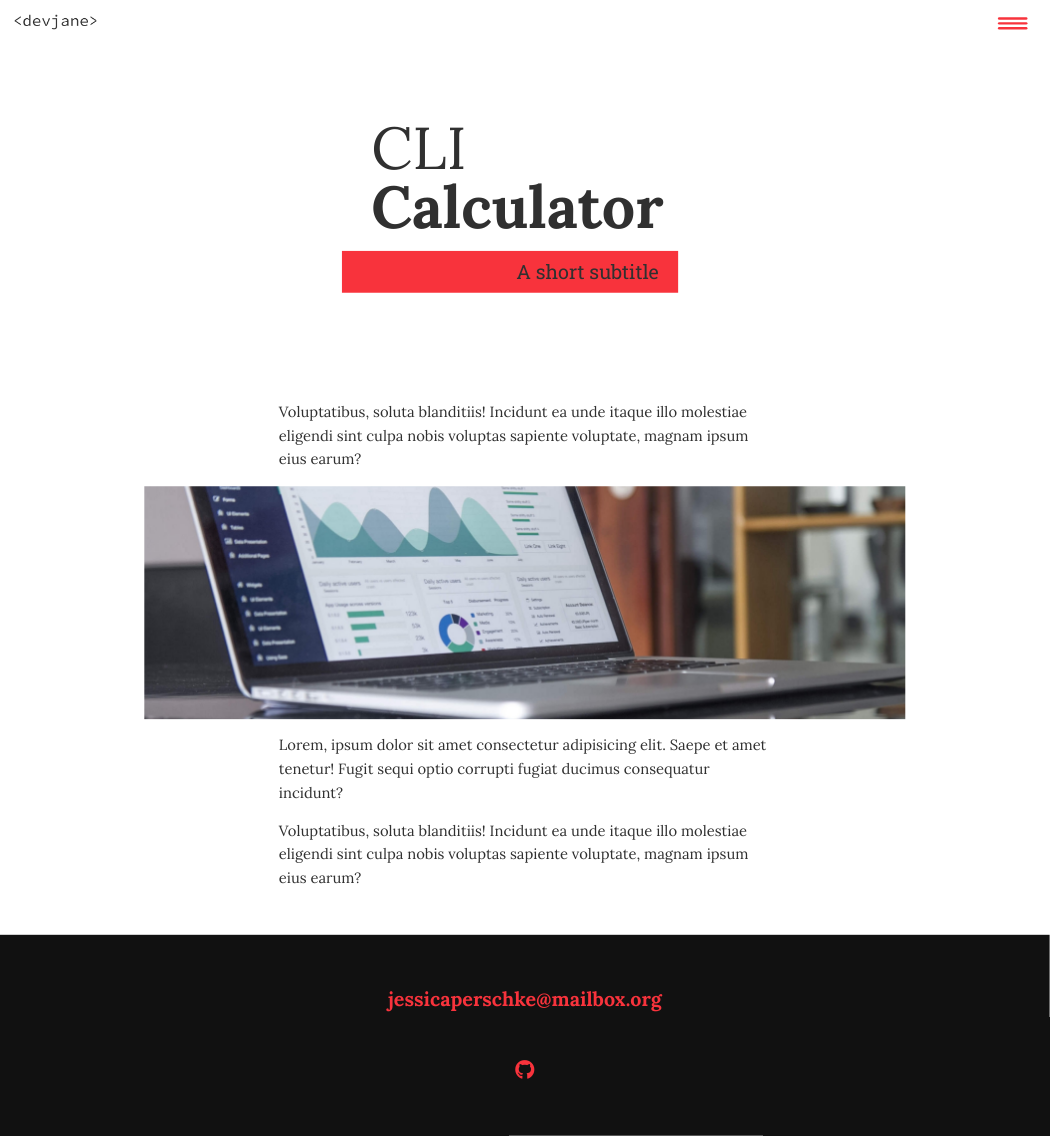
Repository: DinoDime/site
Page: portfolio-item3.html
The author's editor kept a copy of each file at every save. The page is drawn from the files as they stood at one save, then again after the next save.
The browser window is 1280 px wide. The pictures show the whole page, at 82% of full size.
Some web libraries are served in a nearby version.

Above is the page before, as saved 2021-05-03 09:48:08.

### portfolio-item3.html
<!DOCTYPE html>
<html lang="en">
  <head>
    <link
      rel="stylesheet"
      href="https://cdnjs.cloudflare.com/ajax/libs/normalize/8.0.1/normalize.css"
    />
    <meta charset="UTF-8" />
    <meta name="viewport" content="width=device-width, initial-scale=1.0" />
    <title>Jess' Portfolio</title>
    <link
      rel="stylesheet"
      href="https://cdnjs.cloudflare.com/ajax/libs/normalize/7.0.0/normalize.min.css"
    />
    <link
      rel="stylesheet"
      href="https://cdnjs.cloudflare.com/ajax/libs/font-awesome/5.11.2/css/all.css"
      integrity="sha256-46qynGAkLSFpVbEBog43gvNhfrOj+BmwXdxFgVK/Kvc="
      crossorigin="anonymous"
    />

    <!-- Update these with your own fonts -->
    <link
      href="https://fonts.googleapis.com/css?family=Lora:400,700|Roboto+Slab:400,700&display=swap"
      rel="stylesheet"
    />

    <link rel="stylesheet" href="css/style.css" />
  </head>
  <body>
    <header>
      <div class="logo">
        <img src="img/devjane.png" alt="" />
      </div>
      <!--Hamburger button-->
      <button class="nav-toggle" aria-label="toggle navigation">
        <span class="hamburger"></span>
      </button>
      <nav class="nav">
        <ul class="nav__list">
          <li class="nav__item">
            <a href="index.html" class="nav__link">Home</a>
          </li>
          <li class="nav__item">
            <a href="index.html#Skills" class="nav__link">Skills</a>
          </li>
          <li class="nav__item">
            <a href="index.html#about" class="nav__link">About me</a>
          </li>
          <li class="nav__item">
            <a href="index.html#work" class="nav__link">My Work</a>
          </li>
        </ul>
      </nav>
    </header>

    <section class="intro">
      <h1 class="section__title section__title--intro">
        CLI <strong>Calculator</strong>
      </h1>
      <p class="section__subtitle section__subtitle--intro">A short subtitle</p>
    </section>

    <div class="portfolio-item-individual">
      <p>
        Voluptatibus, soluta blanditiis! Incidunt ea unde itaque illo molestiae
        eligendi sint culpa nobis voluptas sapiente voluptate, magnam ipsum eius
        earum?
      </p>
      <img src="img/portfolio-details.jpg" alt="" />
      <p>
        Lorem, ipsum dolor sit amet consectetur adipisicing elit. Saepe et amet
        tenetur! Fugit sequi optio corrupti fugiat ducimus consequatur incidunt?
      </p>
      <p>
        Voluptatibus, soluta blanditiis! Incidunt ea unde itaque illo molestiae
        eligendi sint culpa nobis voluptas sapiente voluptate, magnam ipsum eius
        earum?
      </p>
    </div>

    <!-- Footer -->
    <footer class="footer">
      <!-- replace with your own email address -->
      <a href="mailto:jessicaperschke@mailbox.org" class="footer__link"
        >jessicaperschke@mailbox.org</a
      >
      <ul class="social-list">
        <li class="social-list__item">
          <a class="social-list__link" href="https://github.com/jl-perschke">
            <i class="fab fa-github"></i>
          </a>
        </li>
      </ul>
    </footer>

    <script src="js/index.js"></script>
  </body>
</html>

### css/style.css
*,
*::before,
*::after {
    box-sizing: border-box;
}

/* Custom Properties, update these for your own design */

:root {
    --ff-primary: 'Lora', serif;
    --ff-secondary: 'Roboto Slab', serif;

    --fw-reg: 400;
    --fw-bold: 700;

    --clr-light: #fff;
    --clr-dark: #303030;
    --clr-accent: #f8333c;

    --fs-h1: 3rem;
    --fs-h2: 2.25rem;
    --fs-h3: 1.25rem;
    --fs-body: 1rem;

    --bs: 0.25em 0.25em 0.75em rgba(0,0,0,.25),
          0.125em 0.125em 0.25em rgba(0,0,0,.15);
}

@media (min-width: 800px) {
    :root {
        --fs-h1: 4.5rem;
        --fs-h2: 3.75rem;
        --fs-h3: 1.5rem;
        --fs-body: 1.125rem;
    }
}

/* General styles */

/* endable this to add smooth scrolling */
/* html {
    scroll-behavior: smooth;
} */


body {
    background: var(--clr-light);
    color: var(--clr-dark);
    margin: 0;
    font-family: var(--ff-primary);
    font-size: var(--fs-body);
    line-height: 1.6;
}

section {
    padding: 5em 2em;
}

img {
    display: block;
    max-width: 100%;
}

strong { font-weight: var(--fw-bold) }

:focus {
    outline: 3px solid var(--clr-accent);
    outline-offset: 3px;
}

/* Buttons */

.btn {
    display: inline-block;
    padding: .5em 2.5em;
    background: var(--clr-accent);
    color: var(--clr-dark);
    text-decoration: none;
    cursor: pointer;
    font-size: .8rem;
    text-transform: uppercase;
    letter-spacing: 2px;
    font-weight: var(--fw-bold);
    transition: transform 200ms ease-in-out;
}

.btn:hover {
    transform: scale(1.1);
}

/* Typography */

h1,
h2,
h3 {
    line-height: 1;
    margin: 0;
}

h1 { font-size: var(--fs-h1) }
h2 { font-size: var(--fs-h2) }
h3 { font-size: var(--fs-h3) }


.section__title {
    margin-bottom: .25em;
}

.section__title--intro {
    font-weight: var(--fw-reg);
}

.section__title--intro strong {
    display: block;
}

.section__subtitle {
    margin: 0;
    font-size: var(--fs-h3);
}

.section__subtitle--intro,
.section__subtitle--about {
    background: var(--clr-accent);
    padding: .25em 1em;
    font-family: var(--ff-secondary);
    margin-bottom: 1em;
}

.section__subtitle--work {
    color: var(--clr-accent);
    font-weight: var(--fw-bold);
    margin-bottom: 2em;
}

/* header */

header {
    display: flex;
    justify-content: space-between;
    padding: 1em;
}

.logo {
    max-width: 100px;
}

.nav {
    position: fixed;
    background: var(--clr-dark);
    color: var(--clr-light);
    top: 0;
    bottom: 0;
    left: 0;
    right: 0;
    z-index: 100;

    transform: translateX(100%);
    transition: transform 250ms cubic-bezier(.5, 0, .5, 1);
}

.nav__list {
    list-style: none;
    display: flex;
    height: 100%;
    flex-direction: column;
    justify-content: space-evenly;
    align-items: center;
    margin: 0;
    padding: 0;
}

.nav__link {
    color: inherit;
    font-weight: var(--fw-bold);
    font-size: var(--fs-h2);
    text-decoration: none;
}

.nav__link:hover {
    color: var(--clr-accent);
}

.nav-toggle {
    padding: .5em;
    background: transparent;
    border: 0;
    cursor: pointer;
    position: absolute;
    right: 1em;
    top: 1em;
    z-index: 1000;
}

.nav-open .nav {
    transform: translateX(0);
}

.nav-open .nav-toggle {
    position: fixed;
}

.nav-open .hamburger {
    transform: rotate(.625turn);
}

.nav-open .hamburger::before {
    transform: rotate(90deg) translateX(-6px);
}

.nav-open .hamburger::after {
    opacity: 0;
}






.hamburger {
    display: block;
    position: relative;
}

.hamburger,
.hamburger::before,
.hamburger::after {
    background: var(--clr-accent);
    width: 2em;
    height: 3px;
    border-radius: 1em;
    transition: transform 250ms ease-in-out;
}


.hamburger::before,
.hamburger::after {
    content: '';
    position: absolute;
    left: 0;
    right: 0;
}

.hamburger::before { top: 6px; }
.hamburger::after { bottom: 6px; }


/*  Intro section  */

.intro {
    position: relative;
}

.intro__img {
    box-shadow: var(--bs);
}

.section__subtitle--intro {
    display: inline-block;
}

@media (min-width: 600px) {
    .intro {
        display: grid;
        width: min-content;
        margin: 0 auto;
        grid-column-gap: 1em;
        grid-template-areas:
            "img title"
            "img subtitle";
        grid-template-columns: min-content max-content;
    }

    .intro__img {
        grid-area: img;
        min-width: 250px;
        position: relative;
        z-index: 2;
    }

    .section__subtitle--intro {
        align-self: start;
        grid-column: -1 / 1;
        grid-row: 2;
        text-align: right;
        position: relative;
        left: -1.5em;
        width: calc(100% + 1.5em);
    }
}



/*  My services section  */

.my-services {
    background-color: var(--clr-dark);
    background-image: url(../img/services-bg.jpg);
    background-size: cover;
    /* background-blend-mode: multiply; */
    color: var(--clr-light);
    text-align: center;
}

.section__title--services {
    color: var(--clr-accent);
    position: relative;
}

.section__title--services::after {
    content: '';
    display: block;
    width: 2em;
    height: 1px;
    margin: 0.5em auto 1em;
    background: var(--clr-light);
    opacity: 0.25;
}

.services {
    margin-bottom: 4em;
}

.service {
    max-width: 500px;
    margin: 0 auto;
}

@media (min-width: 800px) {
    .services {
        display: flex;
        max-width: 1000px;
        margin-left: auto;
        margin-right: auto;
    }

    .service + .service {
        margin-left: 2em;
    }
}


.about-me {
    max-width: 1000px;
    margin: 0 auto;
}

.about-me__img {
    box-shadow: var(--bs);
}

@media (min-width: 600px) {
    .about-me {
        display: grid;
        grid-template-columns: 1fr 200px;
        grid-template-areas:
            "title img"
            "subtitle img"
            "text img";
        grid-column-gap: 2em;
    }

    .section__title--about {
        grid-area: title;
    }

    .section__subtitle--about {
        grid-column: 1 / -1;
        grid-row: 2;
        position: relative;
        left: -1em;
        width: calc(100% + 2em);
        padding-left: 1em;
        padding-right: calc(200px + 4em);
    }

    .about-me__img {
        grid-area: img;
        position: relative;
        z-index: 2;
    }
}

/* My Work */

.my-work {
    background-color: var(--clr-dark);
    color: var(--clr-light);
    text-align: center;
}

.portfolio {
    display: grid;
    grid-template-columns: repeat(auto-fit, minmax(300px, 1fr));
}

.portfolio__item {
    background: var(--clr-accent);
    overflow: hidden;
}

.portfolio__img {
    transition:
        transform 750ms cubic-bezier(.5, 0, .5, 1),
        opacity 250ms linear;
}

.portfolio__item:focus {
    position: relative;
    z-index: 2;
}

.portfolio__img:hover,
.portfolio__item:focus .portfolio__img {
    transform: scale(1.2);
    opacity: .5;
}


/* footer */

.footer {
    background: #111;
    color: var(--clr-accent);
    text-align: center;
    padding: 2.5em 0;
    font-size: var(--fs-h3);

}

.footer a {
    color: inherit;
    text-decoration: none;
}

.footer__link {
    font-weight: var(--fw-bold);
}

.footer__link:hover,
.social-list__link:hover {
    opacity: .7;
}

.footer__link:hover {
    text-decoration: underline;
}

.social-list {
    list-style: none;
    display: flex;
    justify-content: center;
    margin: 2em 0 0;
    padding: 0;
}

.social-list__item {
    margin: 0 .5em;
}

.social-list__link {
    padding: .5em;
}


/* Individual portfolio item styles */

.portfolio-item-individual {
    padding: 0 2em 2em;
    max-width: 1000px;
    margin: 0 auto;
}

.portfolio-item-individual p {
    max-width: 600px;
    margin-left: auto;
    margin-right: auto;
}

Loaded but not shown: js/index.js (common file)

After the next save:
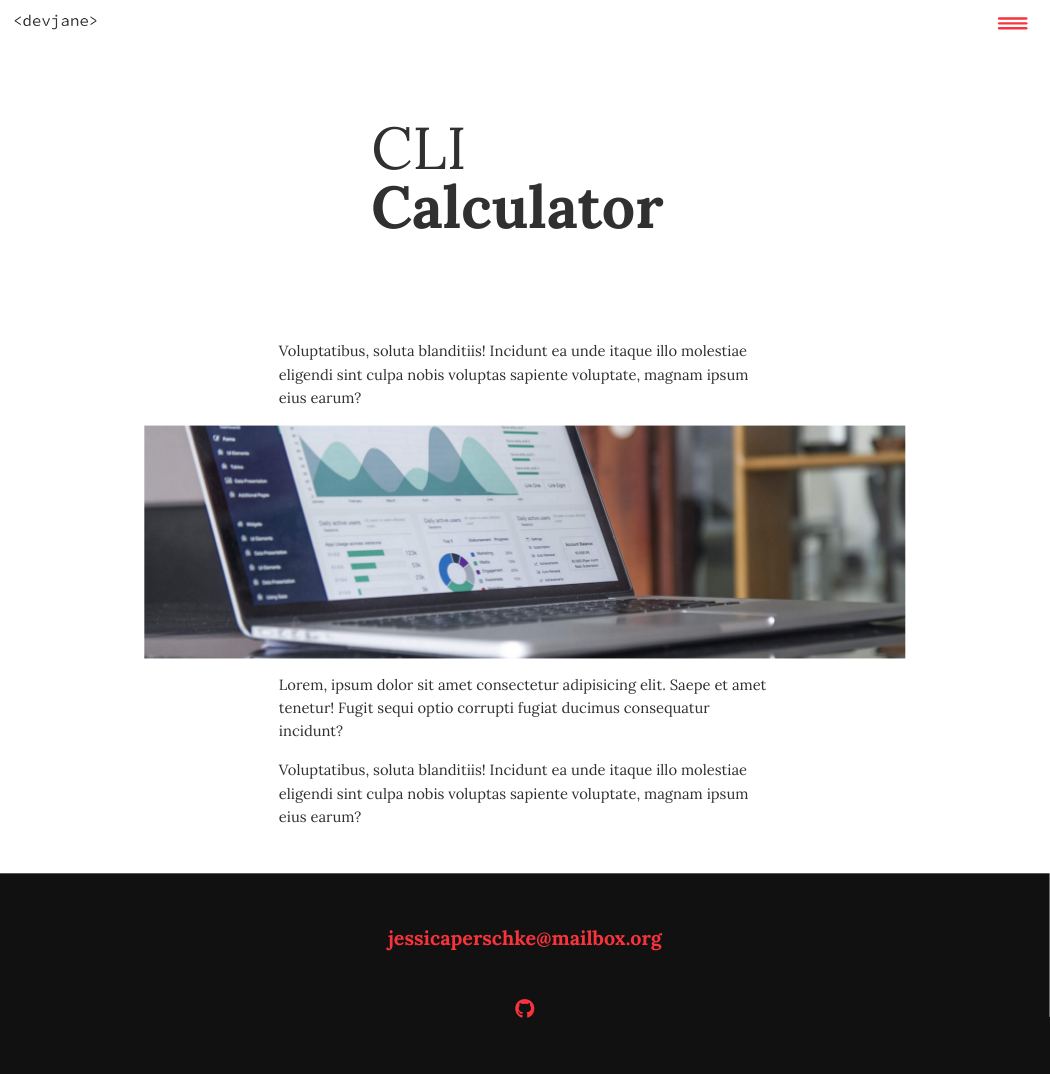
Saved 9 s later.
--- a/portfolio-item3.html
+++ b/portfolio-item3.html
@@ -58,7 +58,6 @@
       <h1 class="section__title section__title--intro">
         CLI <strong>Calculator</strong>
       </h1>
-      <p class="section__subtitle section__subtitle--intro">A short subtitle</p>
     </section>
 
     <div class="portfolio-item-individual">
